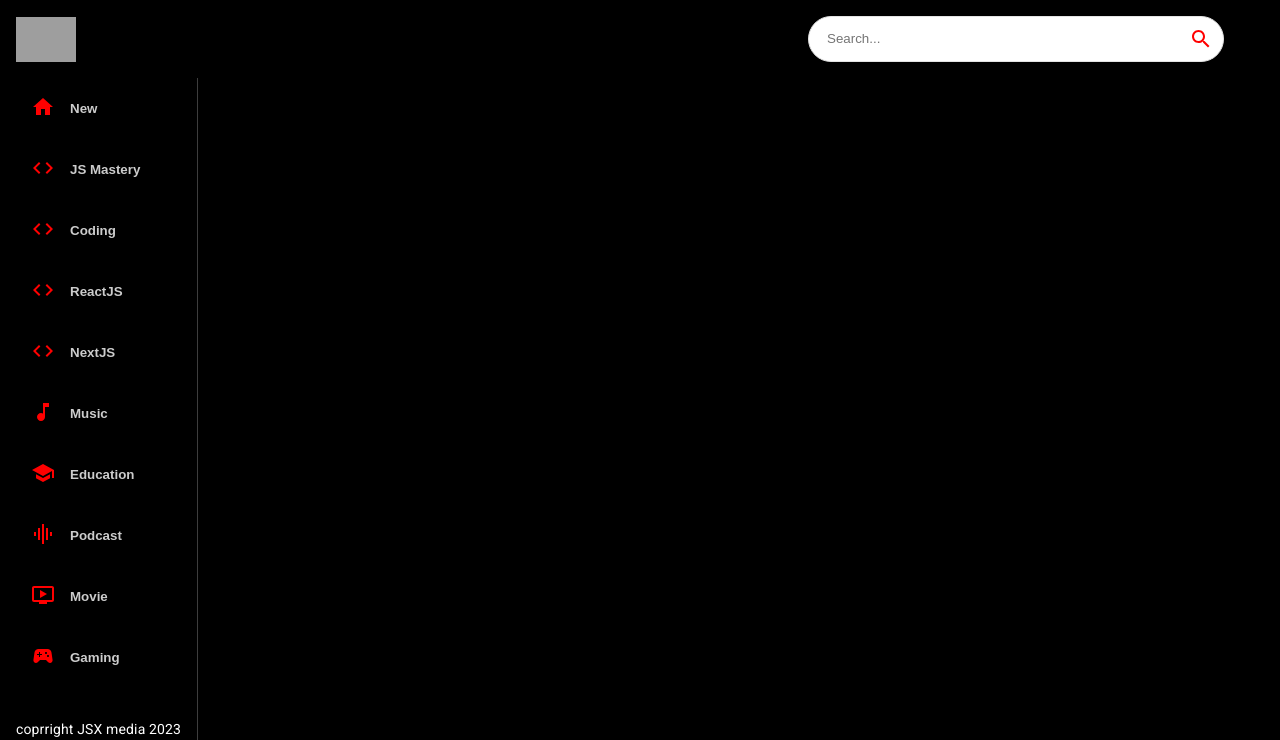
Repository: hieuhieu10/youtube_clone
Page: /
These files come from the project's save history. The page is drawn as it stood at one moment and after the next save; the edit follows.
The browser window is 1280 px wide. The pictures show the whole page.
Pictures or frames that could not be fetched are drawn as grey boxes. The project was rebuilt for these pictures with package versions that can differ from the ones it lists, and the page was loaded fresh each time. Also part of the build but not shown: src/components/ChannelDetail.jsx, src/components/VideoDetail.jsx, src/components/SearchFeed.jsx.

Above is the page before, as saved 2023-04-13 18:17:58.

After the next save:
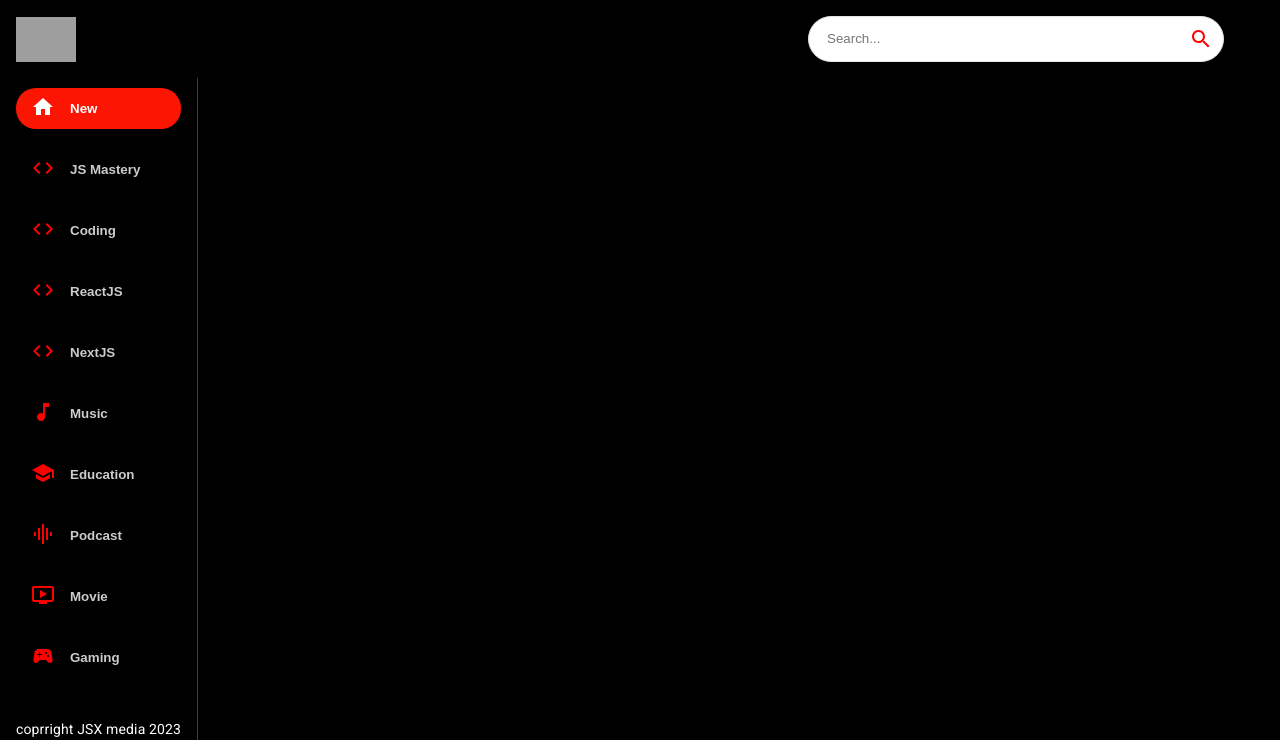
Saved 2 min 3 s later.
--- a/src/components/SideBar.jsx
+++ b/src/components/SideBar.jsx
@@ -2,7 +2,7 @@
 import { categories } from "../utils/constants"
 
 
-const selectedCategory = "new"
+const selectedCategory = "New"
 const SideBar = () => {
   return (
     <Stack direction='row' sx={{overflow: 'auto', height: {sx: 'auto', md: '95%'}, flexDirection: { md: 'column'}}}>
